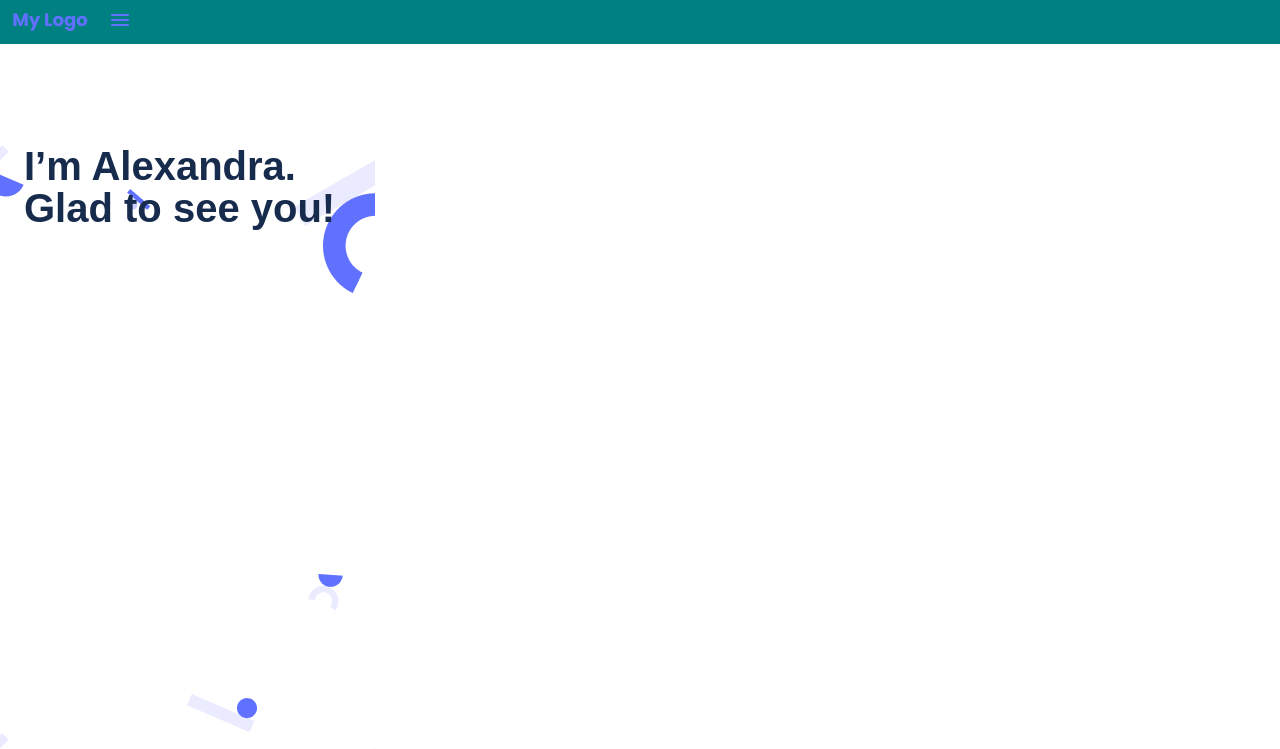
Repository: Paulinelali/potfoilo.github.io
Page: public/index.html
These files come from the project's save history. The page is drawn as it stood at one moment and after the next save; the edit follows.
The browser window is 1280 px wide. The pictures show the whole page.

Above is the page before, as saved 2023-03-24 21:52:20.

After the next save:
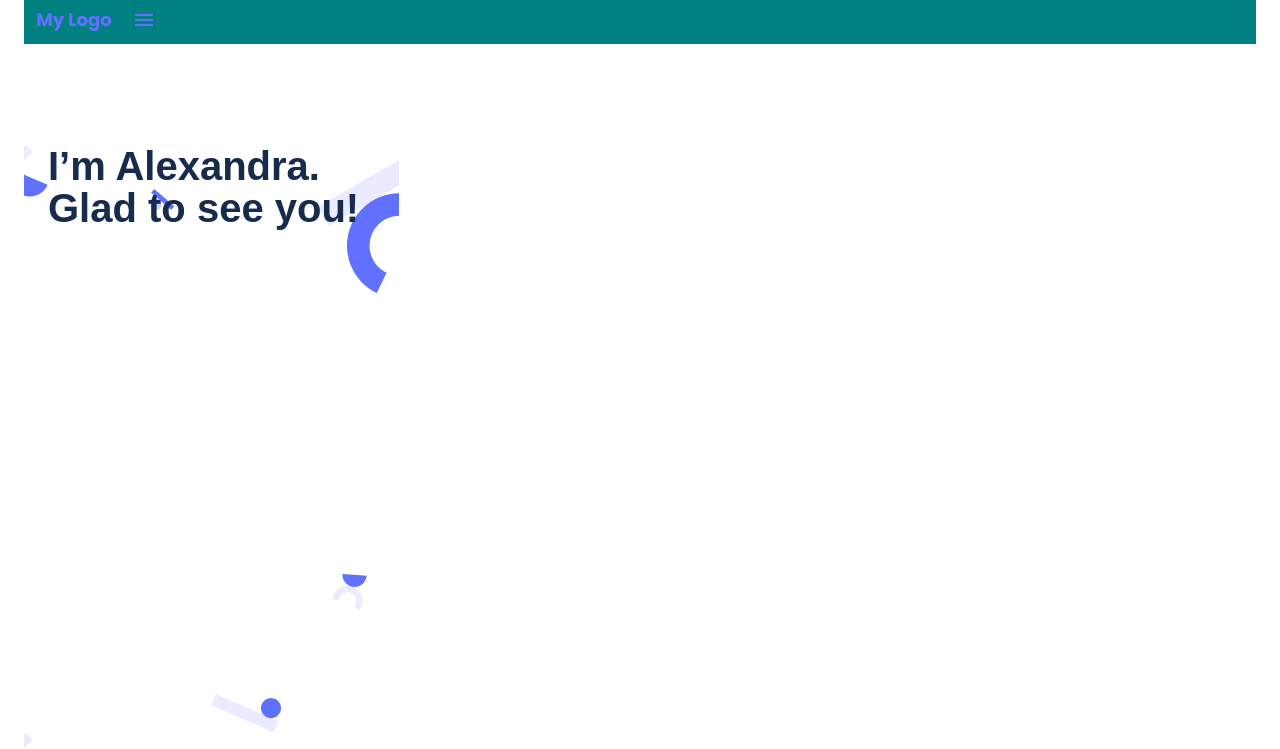
Saved 7 s later.
--- a/styles/style.css
+++ b/styles/style.css
@@ -4,7 +4,7 @@
     margin: 0px;
 }
 body{
-
+    margin: 0px 24px;
 }
 
 .header-inner{
